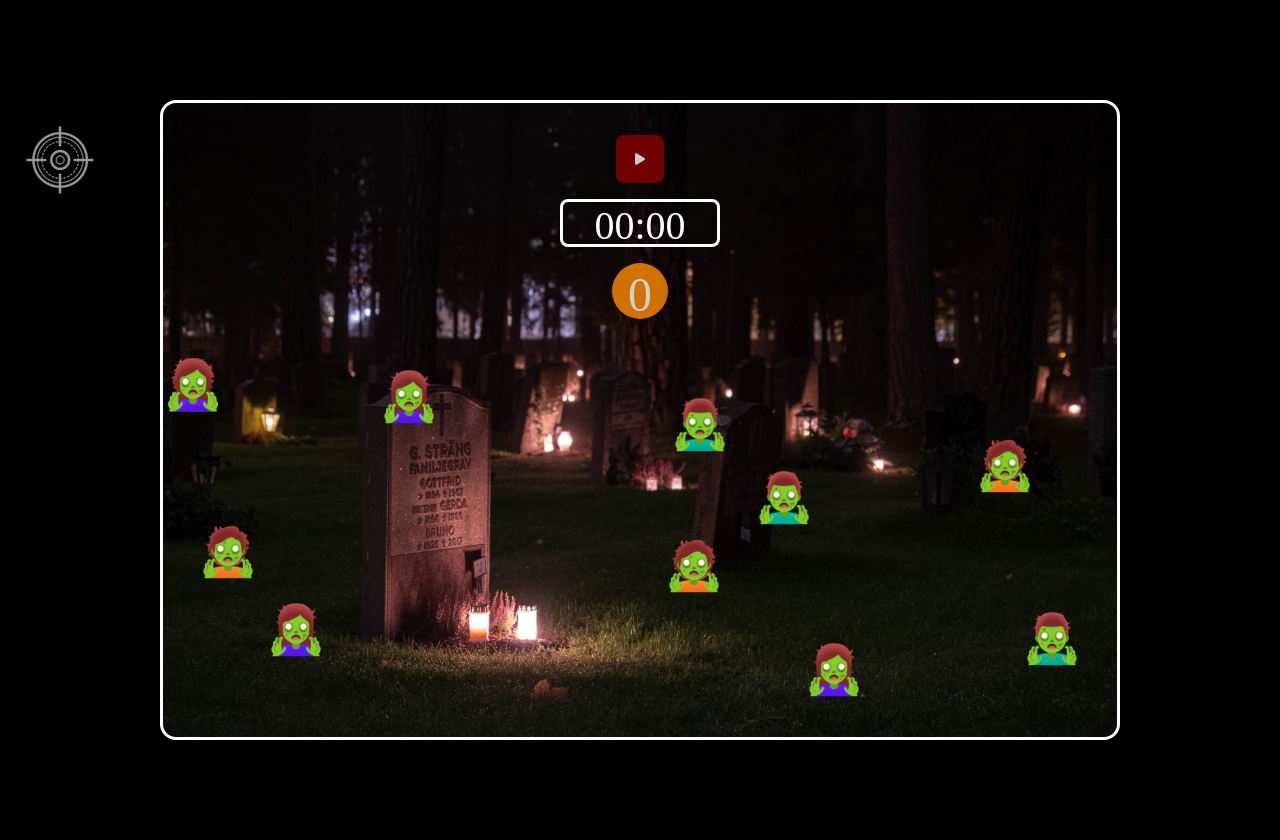
Repository: MrJinkyu/ZombieGame
Page: index.html
An editor plug-in stored every save of this project. The page is shown before and after the next save, followed by the edit.
The browser window is 1280 px wide. The pictures show the whole page.
Some web libraries are served in a nearby version.

Above is the page before, as saved 2023-04-09 13:29:24.

### index.html
<!DOCTYPE html>
<html lang="en">
<head>
    <meta charset="UTF-8">
    <meta http-equiv="X-UA-Compatible" content="IE=edge">
    <meta name="viewport" content="width=device-width, initial-scale=1.0">
    <title>Zombie Game</title>
    <link rel="stylesheet" href="style.css">
    <script src="main.js" defer></script>
    <script src="https://kit.fontawesome.com/83424fe51a.js" crossorigin="anonymous"></script>
</head>
<body>
    <img src="img/target.png" alt="target" class="game__target">
    <section class="game">
        <haeder class="game__header">
            <button class="game__btn">
                <i class="fa-sharp fas fa-play"></i>
            </button>
            <span class="game__timer">00:00</span>
            <span class="game__score">0</span>
        </haeder>
        <section class="game__field">
            <span class="zombie">🧟‍♂️</span>
            <span class="zombie">🧟</span>
            <span class="zombie">🧟‍♀️</span>
        </section>
    </section>
    <section class="pop-up">
        <button class="pop-up__refresh">
            <i class="fa fa-rotate-right"></i>
        </button>
        <div class="pop-up__message">Replay❓</div>
    </section>
</body>
</html>

### style.css
*{
    box-sizing: border-box;
    margin: 0;
    padding: 0;
}

body{
    background-color: black;
}

.game{
    background: url('img/background.jpg') center/cover;
    width: 60rem;
    height: 40rem;
    border: 0.2rem solid white;
    border-radius: 1rem;
    margin: 100px auto;
}

.game__target{
    position: absolute;
    opacity: 0.6;
    z-index: 1;
}

.game__header{
    display: flex;
    flex-direction: column;
    align-items: center;
    height: 40%;
}

.game__btn{
    margin-top: 2rem;
    width: 3rem;
    height: 3rem;
    background-color: darkred;
    color: white;
    border: none;
    border-radius: 0.5rem;
    outline: none;
    opacity: 0.8;
    transition: all 200ms ease-in;
    z-index: 1;
}

.game__btn:hover{
    transform: scale(1.1);
    opacity: 1;
}

.game__timer{
    margin-top: 1rem;
    width: 10rem;
    height: 3rem;
    border-radius: 0.5rem;
    border: 3px solid white;
    color: white;
    line-height: 3rem;
    font-size: 2.5rem;
    cursor: auto;
    user-select: none;
    text-align: center;
}

.game__score{
    margin-top: 1rem;
    width: 3.5rem;
    height: 3.5rem;
    font-size: 3rem;
    line-height: 4rem;
    border-radius: 50%;
    background-color: darkorange;
    color: white;
    cursor: auto;
    user-select: none;
    opacity: 0.8;
    text-align: center;
}

.game__field{
    width: 100%;
    height: 60%;
    position: relative;
}

.zombie{
    position: absolute;
    font-size: 3rem;
    transition: all 200ms ease-in;
}

.zombie:hover{
    transform: scale(1.1);
}

.pop-up{
    width: 25rem;
    height: 10rem;
    background-color: #00000090;
    text-align: center;
    margin: 0 auto;
    transform: translateY(-20rem);
    display: none;

}

.pop-up.vidible{
    display: block;

}

.pop-up__refresh{
    width: 3rem;
    height: 3rem;
    margin-top: 2rem;
    background-color: white;
    color: darkorange;
    border-radius: 50%;
    border: 2px solid darkorange;
    font-size: 1.5rem;
    transition: all 200ms ease-in;
}

.pop-up__refresh:hover{
    transform: rotate(360deg);
}

.pop-up__message{
    margin-top: 0.5rem;
    color: red;
    font-size: 2rem;
}

### main.js
'use strict';

const gameField = document.querySelector('.game__field');
const fieldRect = gameField.getBoundingClientRect();
const zombie = document.querySelector('.zombie');
const zombieRect = zombie.getBoundingClientRect();

init();

function init(){
    addZombie('zombie','🧟‍♂️',3);
    addZombie('zombie','🧟',3);
    addZombie('zombie','🧟‍♀️',3);
}

function addZombie(className,zombieType,count){
    for(let i=0; i<count; i++){
        const zombie = document.createElement('span');
        zombie.setAttribute('class',className);
        zombie.innerHTML = zombieType;
        const x = randomNumber(fieldRect.width-zombieRect.width);
        const y = randomNumber(fieldRect.height-zombieRect.height);
        zombie.style.left = `${x}px`;
        zombie.style.top = `${y}px`;
        gameField.appendChild(zombie);
    }
}

function randomNumber(max){
    return Math.floor(Math.random()*max);
}

























const target = document.querySelector('.game__target');
const field = document.querySelector('.game__field');

window.addEventListener('load',()=>{
    const targetRect = target.getBoundingClientRect();
    document.addEventListener('mousemove',(e)=>{
        target.style.transform = `translate(${e.clientX-targetRect.width/2}px,${e.clientY-targetRect.height/2-100}px)`;
    });
});

After the next save:
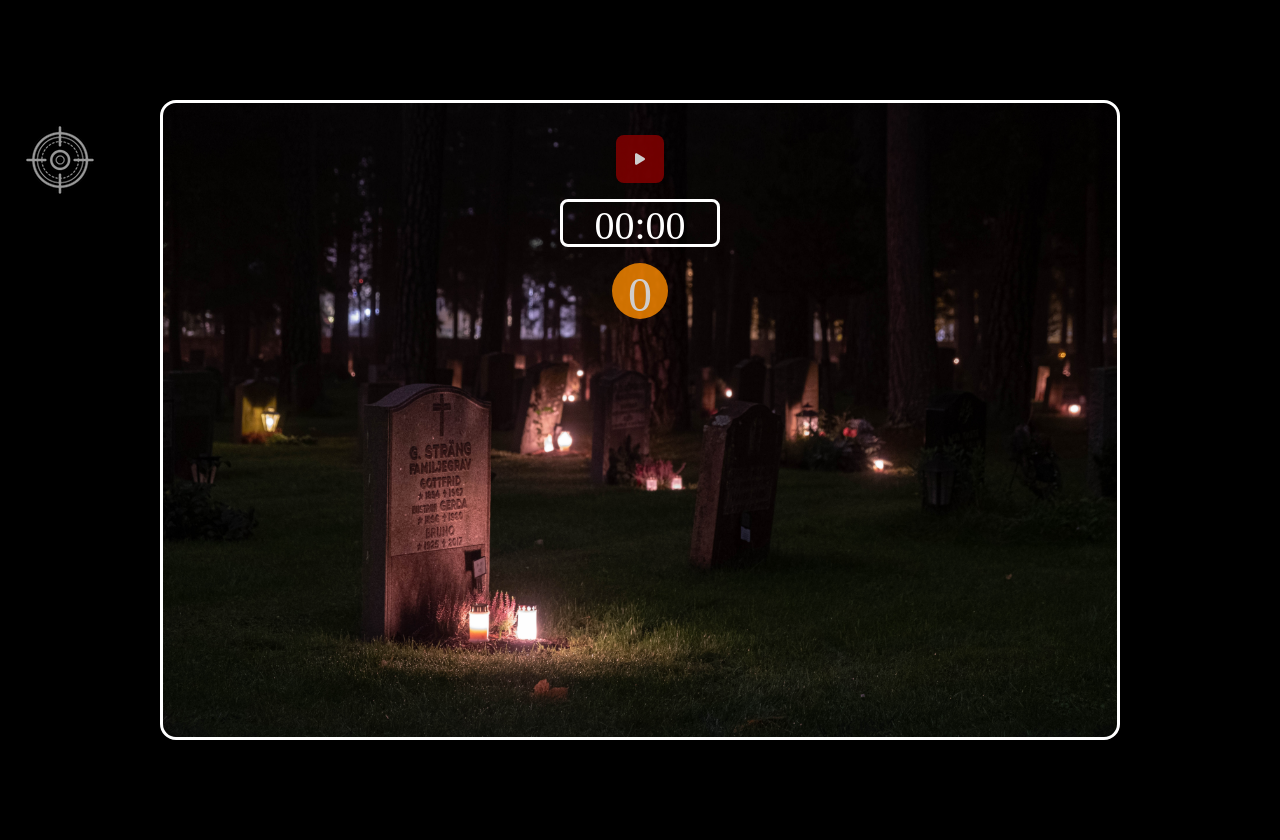
Console error: TypeError: Cannot read properties of null (reading 'getBoundingClientRect')
Saved 43 s later.
--- a/index.html
+++ b/index.html
@@ -20,9 +20,6 @@
             <span class="game__score">0</span>
         </haeder>
         <section class="game__field">
-            <span class="zombie">🧟‍♂️</span>
-            <span class="zombie">🧟</span>
-            <span class="zombie">🧟‍♀️</span>
         </section>
     </section>
     <section class="pop-up">

After the save that followed:
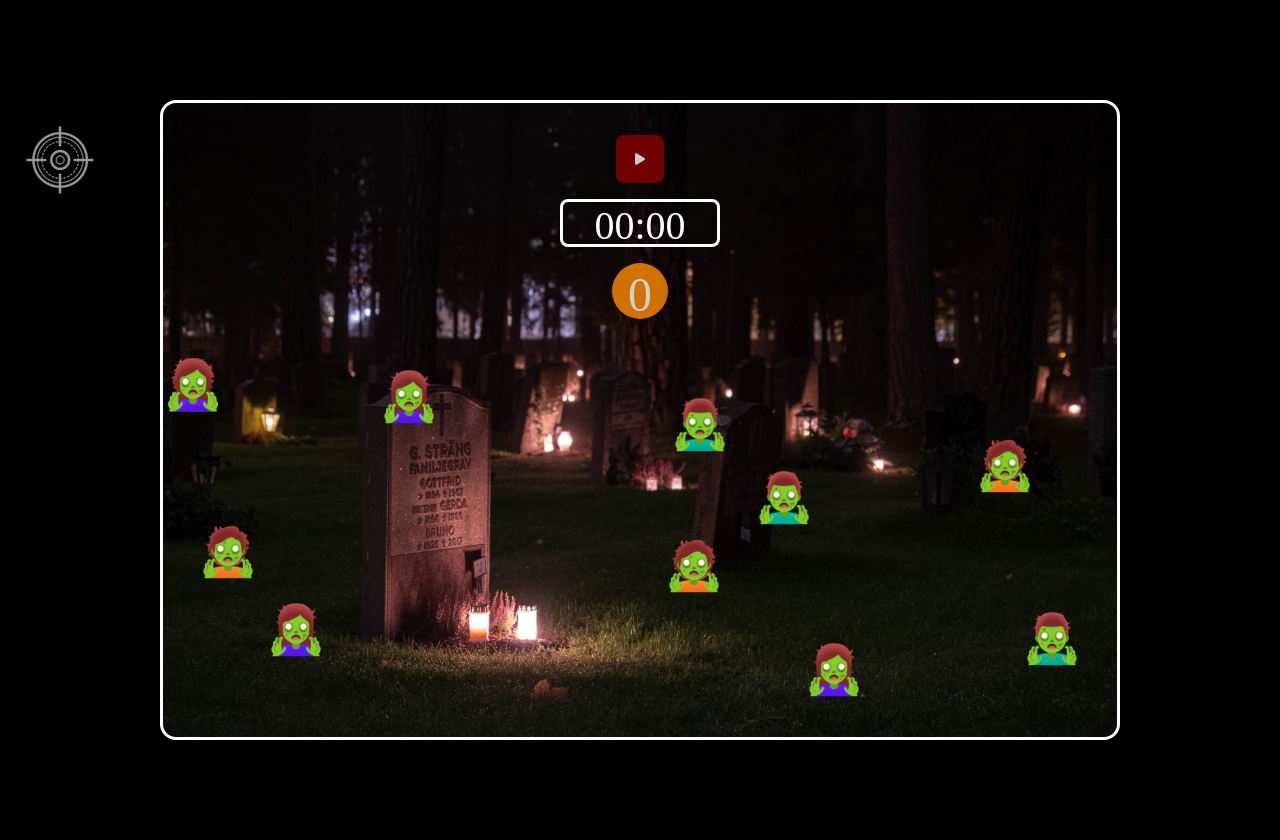
The error is gone.
Saved 49 s later.
--- a/index.html
+++ b/index.html
@@ -20,6 +20,9 @@
             <span class="game__score">0</span>
         </haeder>
         <section class="game__field">
+            <span class="zombie">🧟‍♂️</span>
+            <span class="zombie">🧟</span>
+            <span class="zombie">🧟‍♀️</span>
         </section>
     </section>
     <section class="pop-up">
